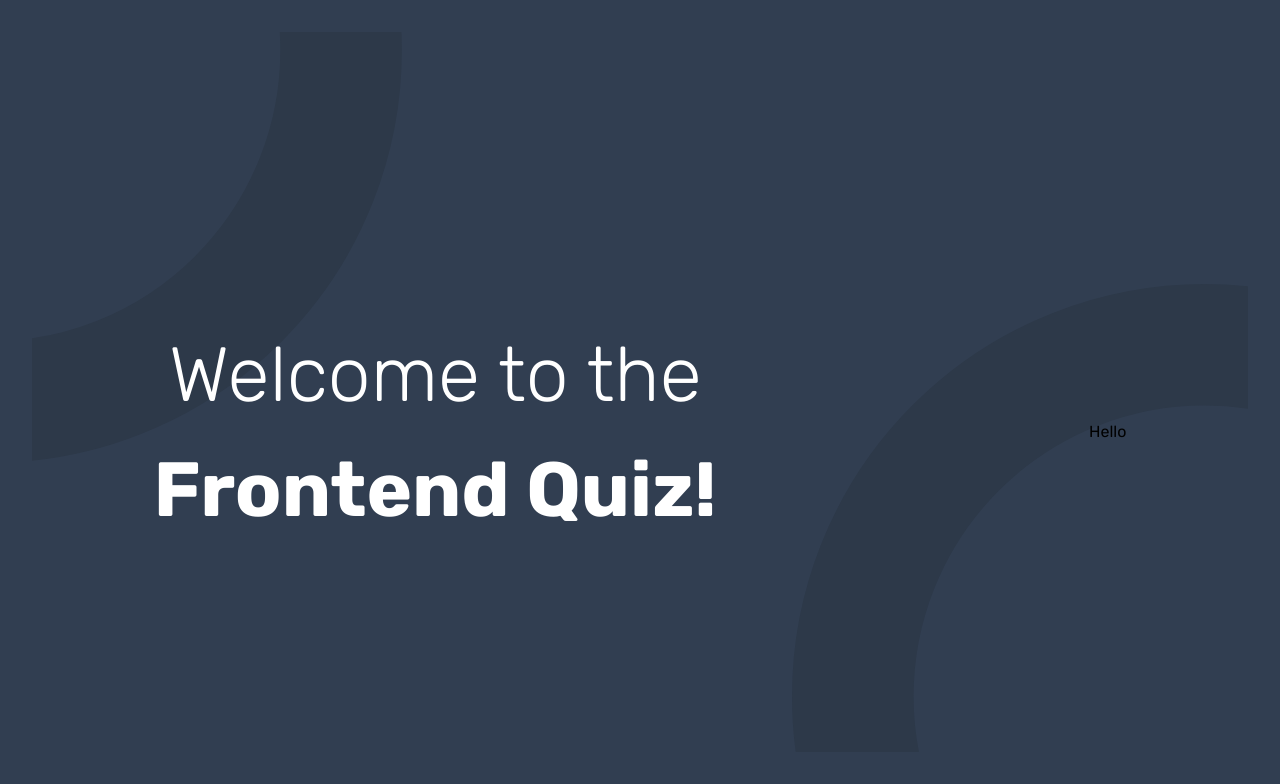
Repository: Shenixo/QuizApp
Page: /
These files come from the project's save history. The page is drawn as it stood at one moment and after a run of saves; the edit follows.
The browser window is 1280 px wide. The pictures show the whole page.
The project was rebuilt for these pictures with package versions that can differ from the ones it lists, and the page was loaded fresh each time. Also part of the build but not shown: vite.config.js, src/Components/Navbar/Navbar.jsx.

Above is the page before, as saved 2025-03-31 11:06:20.

### index.html
<!doctype html>
<html lang="en">
  <head>
    <meta charset="UTF-8" />
    <link rel="icon" type="image/svg+xml" href="/vite.svg" />
    <meta name="viewport" content="width=device-width, initial-scale=1.0" />
    <link rel="preconnect" href="https://fonts.googleapis.com">
<link rel="preconnect" href="https://fonts.gstatic.com" crossorigin>
<link href="https://fonts.googleapis.com/css2?family=Rubik:ital,wght@0,300..900;1,300..900&display=swap" rel="stylesheet">
    <title>Quiz App</title>
  </head>
  <body>
    <div id="root"></div>
    <script type="module" src="/src/main.jsx"></script>
  </body>
</html>

### src/index.css
@tailwind base;
@tailwind components;
@tailwind utilities;

*{
    padding: 0;
    margin: 0;
    box-sizing: border-box;
    font-family: "Rubik", sans-serif;
}
body{
    background: #313e51;
    /* background-image: url("pattern-background-desktop-dark.svg"); */
    background-repeat: no-repeat;
    /* background-position: center; */
    /* background-size: cover; */
}

### src/App.jsx
import './App.css'
import Home from './Components/Home/Home'
function App() {
  return (
    <div className="relative min-h-screen  bg-[url('/pattern-background-desktop-dark.svg')] bg-cover bg-center bg-no-repeat w-full">
    <Home/>
    </div>
  )
}

export default App

### src/Components/Home/Home.jsx
import React from "react";
import pattern from "/pattern-background-desktop-dark.svg";
import Navbar from "../Navbar/Navbar";
const Home = () => {
  return (
    <div className="w-[80%] mx-auto placeholder-stone-200 pt-20 flex items-center justify-center h-[100vh]">
      <div className="flex items-center justify-between w-full">
      <div>
        <h1 className="text-white font-thin text-[4.8rem] leading-">Welcome to the</h1>
        <h1 className="text-white text-[4.8rem] font-bold">Frontend Quiz!</h1>
      </div>
        <div>
          <h1>Hello</h1>
      </div>

      </div>
    </div>
  );
};

export default Home;

### tailwind.config.js
/** @type {import('tailwindcss').Config} */
export default {
  content: [
    "./index.html",
    "./src/**/*.{js,ts,jsx,tsx}",
  ],
  theme: {
    extend: {
      colors: {
        primary: "#313e51",
      }
    },
  },
  plugins: [],
}

Loaded but not shown: src/main.jsx (common file); src/App.css (common file)

After the next 5 saves:
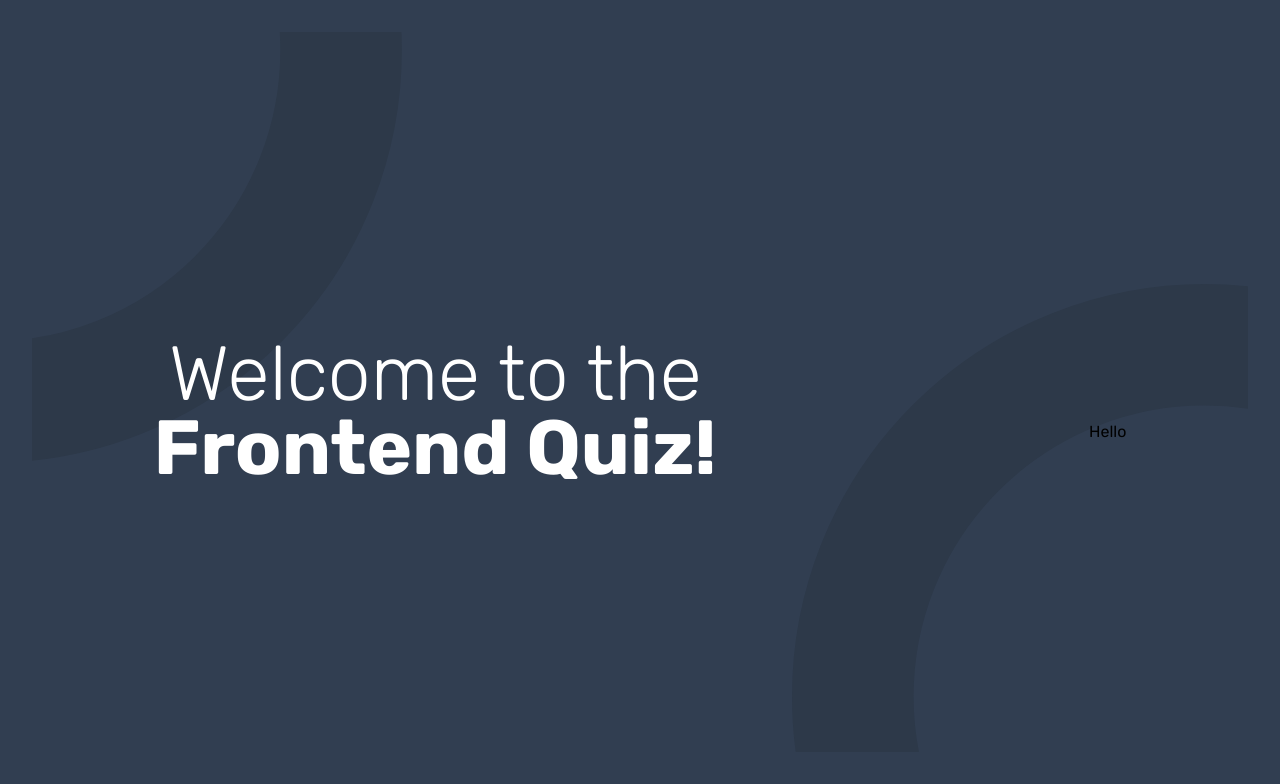
The 5 saves are shown as one change because they came seconds apart.
The last was saved 15 s later.
--- a/src/Components/Home/Home.jsx
+++ b/src/Components/Home/Home.jsx
@@ -6,7 +6,7 @@ const Home = () => {
     <div className="w-[80%] mx-auto placeholder-stone-200 pt-20 flex items-center justify-center h-[100vh]">
       <div className="flex items-center justify-between w-full">
       <div>
-        <h1 className="text-white font-thin text-[4.8rem] leading-">Welcome to the</h1>
+        <h1 className="text-white font-thin text-[4.8rem] leading-8">Welcome to the</h1>
         <h1 className="text-white text-[4.8rem] font-bold">Frontend Quiz!</h1>
       </div>
         <div>
